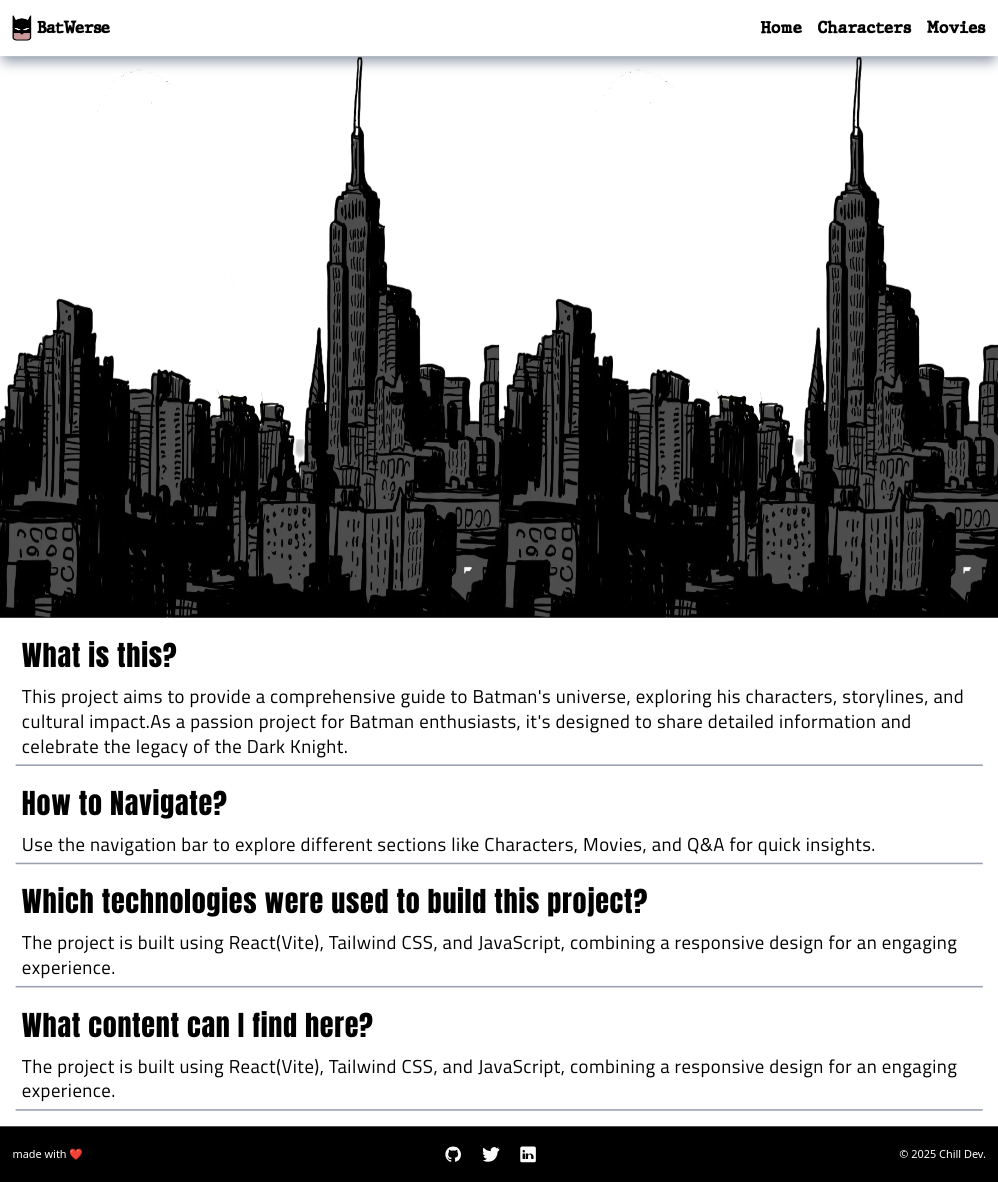
Repository: pgyunknown/project_Batman
Page: /
These files come from the project's save history. The page is drawn as it stood at one moment and after the next save; the edit follows.
The browser window is 1280 px wide. The pictures show the whole page, at 78% of full size.
Some web fonts or font styles are not loaded; a fallback is used. The project was rebuilt for these pictures with package versions that can differ from the ones it lists, and the page was loaded fresh each time. Also part of the build but not shown: vite.config.js, src/components/PopUp.jsx, src/pages/Characters.jsx, src/pages/Movies.jsx.

Above is the page before, as saved 2025-03-19 21:52:40.

### src/main.jsx
import { StrictMode } from 'react'
import { createRoot } from 'react-dom/client'
import './index.css'
import App from './App.jsx'
import { BrowserRouter } from 'react-router-dom'
import MoviesDataProvider from './data/MoviesContextData.jsx'
import CharDataProvider from './data/CharContextData.jsx'

createRoot(document.getElementById('root')).render(
  <BrowserRouter>
    <MoviesDataProvider>
      <CharDataProvider>
        <App/>
        </CharDataProvider>
    </MoviesDataProvider>
  </BrowserRouter>
)

### src/index.css
@import url('https://fonts.googleapis.com/css2?family=Montaga&family=Titillium+Web:ital,wght@0,200;0,300;0,400;0,600;0,700;0,900;1,200;1,300;1,400;1,600;1,700&display=swap');

@font-face {
    font-family: "Batman";
    src: url("src/fonts/JMH Typewriter-Black.otf") format("opentype");
}

@font-face {
    font-family: "Rushford";
    src: url("src/fonts/Rushford Printed.otf") format("opentype");
}

@font-face {
    font-family: "Personal";
    src: url("src/fonts/Personal Services.ttf") format("truetype");
}

@font-face {
    font-family: "HeadingNow";
    src: url("src/fonts/HeadingNowTrial-04Regular.ttf");
}

@font-face {
    font-family: "American";
    src: url("src/fonts/American Captain.otf");
}

@font-face {
    font-family: "Inter";
    src: url("src/fonts/Inter-VariableFont_opsz,wght.ttf");
}

@font-face {
    font-family: "Babas";
    src: url("src/fonts/Bebas-Regular.ttf");
}

@font-face {
    font-family: "Roboto";
    src: url("src/fonts/Roboto-VariableFont_wdth,wght.ttf");
}

@font-face {
    font-family: "Anton";
    src: url("src/fonts/Anton-Regular.ttf");
}


@import "tailwindcss";

@theme{
    --font-batmanFont: "Batman", sans-serif;
    --font-web: Titillium Web, "sans-serif";
    --font-doto: Doto, sans-serif;
    --font-rushford : Rushford,"sans-serif";
    --font-personal : Personal,"sans-serif";
    --font-heading:HeadingNow,"sans-serif";
    --font-american:American,"sans-serif";
    --font-inter:Inter,"sans-serif";
    --font-babas:Babas,"sans-serif";
    --font-roboto:Roboto,"sans-serif";
    --font-anton:Anton,"sans-serif";
}

### src/App.jsx
import { Route, Routes } from "react-router-dom";
import Header from "./components/Header";
import Home from "./pages/Home";
import Characters from "./pages/Characters";
import Movies from "./pages/Movies";
import Footer from "./components/Footer";
import Popup from "./components/PopUp";



const App = () => {
  return (
    <>
      <Header></Header>
      <Routes>
        <Route path="/" element={<Home/>}></Route>
        <Route path="/Characters" element={<Characters/>}></Route>
        <Route path="/Movies" element={<Movies />}></Route>
        </Routes>
      <Footer></Footer>
    </>
  );
}

export default App

### src/data/MoviesContextData.jsx
import React from 'react'
import { createContext } from 'react';
import App from '../App';

  export const MovieDataContext = createContext();

const MoviesDataProvider = ({ children }) => {
const movies = [
  {
    "title": "Batman: The Movie",
    "year": 1966,
    "director": "Leslie H. Martinson",
    "type": "Live-Action",
    "poster": "public/Batman1966.jpg",
    "rating": 6.5,
    "trailer": "https://youtu.be/TdG2V4vhPjg?si=4gb9nQj87XjFFF5h"
  },
  {
    "title": "Batman",
    "year": 1989,
    "director": "Tim Burton",
    "type": "Live-Action",
    "poster": "public/Batman1989.jpg",
    "rating": 7.5,
    "trailer": "https://youtu.be/dgC9Q0uhX70?si=pfMCoPX4PSPvW1a7"
  },
  {
    "title": "Batman Returns",
    "year": 1992,
    "director": "Tim Burton",
    "type": "Live-Action",
    "poster": "public/BatmanReturns.jpg",
    "rating": 7.1,
    "trailer": "https://youtu.be/repBHGIny0c?si=GtSZZTmQY5YuPTcJ"
  },
  {
    "title": "Batman: Mask of the Phantasm",
    "year": 1993,
    "director": "Eric Radomski, Bruce Timm",
    "type": "Animated",
    "poster": "public/Batman_mask_of_the_phantasm.jpg",
    "rating": 7.8,
    "trailer": "https://youtu.be/imtYrQEZ4H8?si=7nnq-efhg3wbCFPN"
  },
  {
    "title": "Batman Forever",
    "year": 1995,
    "director": "Joel Schumacher",
    "type": "Live-Action",
    "poster": "public/Batman_Forever_poster.png",
    "rating": 5.4,
    "trailer": "https://youtu.be/ROLvjRB4E_Q?si=qPgISb9PCPN-YFEI"
  },
  {
    "title": "Batman & Robin",
    "year": 1997,
    "director": "Joel Schumacher",
    "type": "Live-Action",
    "poster": "public/Batman_&_Robin.jpg",
    "rating": 3.7,
    "trailer": "https://youtu.be/vHoCb78b97A?si=Zfa3RYv36ES8baUg"
  },
  {
    "title": "Batman Begins",
    "year": 2005,
    "director": "Christopher Nolan",
    "type": "Live-Action",
    "poster": "public/Batman_Begins.jpg",
    "rating": 8.2,
    "trailer": "https://youtu.be/qHhHIbNuok8?si=1Gx6gT5VXzpfr3cm"
  },
  {
    "title": "The Dark Knight",
    "year": 2008,
    "director": "Christopher Nolan",
    "type": "Live-Action",
    "poster": "public/The_Dark_Knight.jpg",
    "rating": 9.0,
    "trailer": "https://youtu.be/EXeTwQWrcwY?si=jm1wxVJ8UWzOz0uy"
  },
  {
    "title": "The Dark Knight Rises",
    "year": 2012,
    "director": "Christopher Nolan",
    "type": "Live-Action",
    "poster": "public/Dark_knight_rises.jpg",
    "rating": 8.4,
    "trailer": "https://youtu.be/g8evyE9TuYk?si=w-kE5NZj5gE4Pf3f"
  },
  {
    "title": "Batman v Superman: Dawn of Justice",
    "year": 2016,
    "director": "Zack Snyder",
    "type": "Live-Action",
    "poster": "public/Batman_v_Superman_Dawn_of_Justice.jpg",
    "rating": 6.4,
    "trailer": "https://youtu.be/0WWzgGyAH6Y?si=v3P8qx-550BwJkFd"
  },
  {
    "title": "The Lego Batman Movie",
    "year": 2017,
    "director": "Chris McKay",
    "type": "Animated",
    "poster": "public/The_Lego_Batman_Movie.jpg",
    "rating": 7.3,
    "trailer": "https://youtu.be/zhIRbLHVD8o?si=ZEZxlmZ5Ggvd7l0j"
  },
  {
    "title": "Batman and Harley Quinn",
    "year": 2017,
    "director": "Sam Liu",
    "type": "Animated",
    "poster": "public/Batman_Harly_Queen.jpg",
    "rating": 5.9,
    "trailer": "https://youtu.be/z0pI8TT9AZ0?si=LLQY_2KE5143wwRL"
  },
  {
    "title": "The Batman",
    "year": 2022,
    "director": "Matt Reeves",
    "type": "Live-Action",
    "poster": "public/The_Batman.jpg",
    "rating": 7.9,
    "trailer": "https://youtu.be/mqqft2x_Aa4?si=RHrFASm1bH8ZrcCo"
  }
];


  return (
    <MovieDataContext.Provider value={{ movies }}>
      {children}
  </MovieDataContext.Provider>
  )
}



export default MoviesDataProvider

### src/data/CharContextData.jsx
import { createContext, useContext } from "react";

export const CharDataContext = createContext();
const CharDataProvider = ({ children }) => {

const coreCharacters = [
  {
    "name": "Bruce Wayne",
    "alias": "Batman",
    "firstAppearance": "Detective Comics #27 (1939)",
    "affiliation": ["Justice League", "Bat-Family"],
    "abilities": ["Peak human condition", "Martial arts master", "Genius-level intellect", "Expert detective", "High-tech gadgets"],
    "notableStorylines": ["Year One", "The Dark Knight Returns", "Hush", "The Killing Joke"],
    "iconicQuotes": ["It's not who I am underneath, but what I do that defines me."],
    "image": "public/BatmanDp.webp"
  },
  {
    "name": "Dick Grayson",
    "alias": "Robin / Nightwing",
    "firstAppearance": "Detective Comics #38 (1940)",
    "affiliation": ["Teen Titans", "Justice League", "Bat-Family"],
    "abilities": ["Master acrobat", "Skilled martial artist", "Leadership", "Expert detective"],
    "notableStorylines": ["The Judas Contract", "Batman: Prodigal", "Nightwing: Year One"],
    "iconicQuotes": ["Batman taught me everything except how to let someone else in."],
    "image": "public/Dick _Grayson.webp"
  },
  {
    "name": "Selina Kyle",
    "alias": "Catwoman",
    "firstAppearance": "Batman #1 (1940)",
    "affiliation": ["Bat-Family", "Gotham's criminal underworld"],
    "abilities": ["Expert thief", "Martial artist", "Agility and acrobatics", "Skilled whip user"],
    "notableStorylines": ["Hush", "Batman: Year One", "Catwoman: When in Rome"],
    "iconicQuotes": ["I am Catwoman. Hear me roar."],
    "image": "public/Catwoman.jpg"
  },
  {
    "name": "Joker",
    "alias": "Clown Prince of Crime",
    "firstAppearance": "Batman #1 (1940)",
    "affiliation": ["Gotham's criminal underworld"],
    "abilities": ["Criminal mastermind", "Chemistry and engineering", "Psychological manipulation", "High unpredictability"],
    "notableStorylines": ["The Killing Joke", "Death of the Family", "A Death in the Family"],
    "iconicQuotes": ["Why so serious?", "All it takes is one bad day."],
    "image": "public/Joker.png"
  },
  {
    "name": "Bane",
    "alias": "The Man Who Broke the Bat",
    "firstAppearance": "Batman: Vengeance of Bane #1 (1993)",
    "affiliation": ["League of Assassins"],
    "abilities": ["Superhuman strength (with Venom)", "Genius-level strategist", "Skilled hand-to-hand combatant"],
    "notableStorylines": ["Knightfall", "Bane of the Demon"],
    "iconicQuotes": ["I will break you, Batman."],
    "image": "./Bane.png"
  },
  {
    "name": "Two-Face",
    "alias": "Harvey Dent",
    "firstAppearance": "Detective Comics #66 (1942)",
    "affiliation": ["Gotham's criminal underworld"],
    "abilities": ["Expert strategist", "Marksmanship", "Knowledge of the law"],
    "notableStorylines": ["The Long Halloween", "Dark Victory"],
    "iconicQuotes": ["Two minds are better than one."],
    "image": "public/TwoFace.png"
  },
  {
    "name": "Ra's al Ghul",
    "alias": "The Demon's Head",
    "firstAppearance": "Batman #232 (1971)",
    "affiliation": ["League of Assassins"],
    "abilities": ["Immortality (via Lazarus Pit)", "Master tactician", "Skilled martial artist"],
    "notableStorylines": ["Son of the Demon", "Birth of the Demon"],
    "iconicQuotes": ["Detective, join me, and we can save the world."],
    "image": "public/Ra's_al_Ghul.png"
  },
  {
    "name": "Harley Quinn",
    "alias": "Dr. Harleen Quinzel",
    "firstAppearance": "Batman: The Animated Series (1992)",
    "affiliation": ["Gotham's criminal underworld", "Suicide Squad"],
    "abilities": ["Psychiatric expertise", "Gymnastics", "Immunity to toxins"],
    "notableStorylines": ["Mad Love", "Harley Quinn: Breaking Glass"],
    "iconicQuotes": ["I'm not just a sidekick, puddin'."],
    "image": "public/HarleyQuinn.jpg"
  },
  {
    "name": "Scarecrow",
    "alias": "Dr. Jonathan Crane",
    "firstAppearance": "World's Finest Comics #3 (1941)",
    "affiliation": ["Gotham's criminal underworld"],
    "abilities": ["Expert in fear psychology", "Use of fear toxins"],
    "notableStorylines": ["Fear State", "As the Crow Flies"],
    "iconicQuotes": ["I am fear incarnate."],
    "image": "public/Scarecrow.png"
  },
  {
    "name": "Poison Ivy",
    "alias": "Pamela Isley",
    "firstAppearance": "Batman #181 (1966)",
    "affiliation": ["Gotham's criminal underworld", "Birds of Prey"],
    "abilities": ["Control over plants", "Toxic immunity", "Seductive manipulation"],
    "notableStorylines": ["Hush", "Cycle of Life and Death"],
    "iconicQuotes": ["Nature always wins."],
    "image": "public/Poison_Ivy.png"
  }
];

  return (
    <CharDataContext.Provider value={{coreCharacters}}>
      {children}
    </CharDataContext.Provider>
  )
}

export default CharDataProvider

### src/components/Header.jsx
  // import React from 'react'
  // import { useState } from 'react'

  // const Header = () => {
  //   const [mobileOpen, setMobileOpen] = useState(false)

  //   const toggleButton = () => {
  //     setMobileOpen(!mobileOpen);
  //   }
  //   return (
  //     <>
  //       <nav className='sticky z-50 top-0 py-5  drop-shadow-2xl'>
  //         <div className='container px-4 mx-auto relative text-sm'>
  //           <div className='flex justify-center items-center '>
  //             <div className='flex items-center flex-shrink-0'>
  //               <img className='h-8 w-6 mr-2' src='/BatLogo.png' />
  //               <span className='text-xl tracking-tight'>BatWerse</span>
  //             </div>
  //             <ul className='hidden lg:flex md:flex ml-5 space-x-5'>
  //               <li>Home</li>
  //               <li>Chart</li>
  //               <li>Movies</li>
  //               <li>About</li>
  //             </ul>
  //             <div className='lg:hidden md:hidden sm:order-3'>
  //             <button onClick={toggleButton}>
  //               {mobileOpen ? (
  //                 <img src='/batOpen.png' alt='Open Icon' className='w-6 h-6' />
  //               ) : (
  //                 <img src='/batClose.png' alt='Close Icon' className='w-6 h-6' />
  //               )}
  //             </button>
  //           </div>
  //           </div>
  //         </div>
  //       </nav>
  //     </>
  //   )
  // }

  // export default Header

  import React, { useState } from 'react';
import { Link } from 'react-router-dom';

  const Header = () => {
    const [mobileOpen, setMobileOpen] = useState(false);

    const toggleButton = () => {
      setMobileOpen(!mobileOpen);
    };
    const closeMenu=()=>setMobileOpen(false);
    return (
      <nav className=' z-50 top-0 py-5 shadow-lg shadow-gray-400  bg-white '>
        <div className='container px-4 mx-auto relative text-sm'>
          <div className='flex justify-between items-center'>
            <div className='flex items-center flex-shrink-0 '>
              <Link to={'/'}><img className='h-8 w-6 mr-2' src='/batMan.png' alt='Logo' /></Link>
              <span className='sm:text-xl text-lg tracking-tight font-batmanFont'>BatWerse</span>
            </div>

            <ul className='hidden lg:flex md:flex  space-x-5 text-xl font-batmanFont'>
              <li><Link to='/'>Home</Link></li>
              <li><Link to='/Characters'>Characters</Link></li>
              <li><Link to='/Movies'>Movies</Link></li>
            </ul>

            <div className='lg:hidden md:hidden'>
              <button onClick={toggleButton} className="object-cover ">
                {mobileOpen ? (
                  <img src='/batOpen.png'  alt='Open Icon' className='h-12 w-8' />
                ) : (
                  <img src='/batClose.png' alt='Close Icon' className='h-8 w-8 ' />
                )}
              </button>
            </div>
          </div>
            {mobileOpen && (
            <div className='fixed right-0 z-100 bg-black lg:hidden md:hidden flex justify-center items-center w-full p-2  '>
              <ul className='flex flex-col text-white  space-y-2 tracking-widest font-thin font-batmanFont'>
              <li><Link to='/' onClick={closeMenu}>Home</Link></li>
              <li><Link to='/Characters' onClick={closeMenu}>Characters</Link></li>
              <li><Link to='/Movies' onClick={closeMenu}>Movies</Link></li>
              </ul>
            </div>
          )}
        </div>

      </nav>
    );
  };

  export default Header;

### src/pages/Home.jsx
import React from 'react'
import Header from '../components/Header'
import Popup from '../components/PopUp'

const Home = () => {
  return (
    <>

    <div className="w-full sm:h-screen  text-2xl  ">
      <img src="/bannerPic.webp" className="w-full  sm:h-[100vh] h-[50vh] " />
      </div>
      <div className='sm:my-5 sm:mx-5'>
        <h1 className='sm:text-4xl sm:p-2 text-5xl font-anton tracking-wide '>What is this?</h1>
        <p className='sm:text-2xl sm:p-2 text-sm tracking-wide font-web border-b-2 border-gray-400'>
          This project aims to provide a comprehensive guide to Batman's universe, exploring his characters, storylines, and cultural impact.As a passion project for Batman enthusiasts, it's designed to share detailed information and celebrate the legacy of the Dark Knight.
        </p>
      </div>
      <div className='sm:my-5 sm:mx-5'>
        <h1 className='sm:text-4xl sm:p-2 text-5xl font-anton tracking-wide'>How to Navigate?</h1>
        <p className='sm:text-2xl sm:p-2 text-sm tracking-wide font-web border-b-2 border-gray-400'>
          Use the navigation bar to explore different sections like Characters, Movies, and Q&A for quick insights.
        </p>
      </div>
      <div className='sm:my-5 sm:mx-5'>
        <h1 className='sm:text-4xl sm:p-2 text-5xl font-anton tracking-wide'>Which technologies were used to build this project?</h1>
        <p className='sm:text-2xl sm:p-2 text-sm tracking-wide font-web border-b-2 border-gray-400'>
          The project is built using React(Vite), Tailwind CSS, and JavaScript, combining a responsive design for an engaging experience.
        </p>
      </div>
            <div className='sm:my-5 sm:mx-5'>
        <h1 className='sm:text-4xl sm:p-2 text-5xl font-anton tracking-wide'>What content can I find here?</h1>
        <p className='sm:text-2xl sm:p-2 text-sm tracking-wide font-web border-b-2 border-gray-400'>
          The project is built using React(Vite), Tailwind CSS, and JavaScript, combining a responsive design for an engaging experience.
        </p>
      </div>
    </>
    )
}

export default Home

### src/components/Footer.jsx
import React from 'react'

const Footer = () => {
  return (
  <footer className="bg-black text-white py-6 md:mt-5 ">
  <div className="container mx-auto flex flex-col md:flex-row items-center justify-between px-4">
    <p className="mb-3 md:m-0 text-xs md:text-sm">made with ❤️</p>
    <div className="flex space-x-6">


      <a href="https://github.com/pgyunknown" target="_blank" className="hover:text-gray-400">
        <svg className="w-6 h-6" fill="currentColor" viewBox="0 0 24 24">
          <path d="M12 2C6.48 2 2 6.48 2 12c0 4.42 2.87 8.18 6.84 9.5.5.09.66-.22.66-.48v-1.7c-2.78.6-3.37-1.34-3.37-1.34-.45-1.16-1.1-1.47-1.1-1.47-.9-.62.07-.61.07-.61 1 .07 1.52 1.04 1.52 1.04.89 1.52 2.34 1.08 2.91.83.09-.64.35-1.08.63-1.33-2.22-.25-4.56-1.11-4.56-4.93 0-1.09.39-1.98 1.02-2.67-.1-.25-.44-1.27.1-2.65 0 0 .84-.27 2.75 1.02a9.43 9.43 0 012.5-.34c.85 0 1.71.11 2.5.34 1.91-1.29 2.75-1.02 2.75-1.02.54 1.38.2 2.4.1 2.65.64.69 1.02 1.58 1.02 2.67 0 3.84-2.34 4.68-4.57 4.93.36.31.68.91.68 1.84v2.73c0 .27.16.58.67.48A10.003 10.003 0 0022 12c0-5.52-4.48-10-10-10z"/>
        </svg>
      </a>


      <a href="https://x.com/cody_hunk?t=EkARfGCWhhBT_BHbby4DGw&s=08" target="_blank" className="hover:text-white">
        <svg className="w-6 h-6" fill="currentColor" viewBox="0 0 24 24">
          <path d="M23 4.5c-.8.4-1.6.7-2.5.8a4.4 4.4 0 001.9-2.4c-.9.5-1.8.9-2.8 1.1a4.4 4.4 0 00-7.5 4c-3.6-.2-6.8-1.9-8.9-4.4A4.3 4.3 0 002 6.6c0 1.5.8 2.9 2 3.6a4.3 4.3 0 01-2-.6v.1c0 2.1 1.4 3.8 3.2 4.2-.4.1-.9.2-1.4.2-.3 0-.7 0-1-.1.7 2 2.5 3.5 4.7 3.5A8.9 8.9 0 012 19.5a12.3 12.3 0 006.6 2c7.9 0 12.3-6.6 12.3-12.3v-.5c.9-.7 1.6-1.5 2.2-2.5z"/>
        </svg>
      </a>

      <a href="https://www.linkedin.com/in/p-gokul-yadav-82548a295?utm_source=share&utm_campaign=share_via&utm_content=profile&utm_medium=android_app" target="_blank" className="hover:text-blue-700">
        <svg className="w-6 h-6" fill="currentColor" viewBox="0 0 24 24">
          <path d="M20 2H4a2 2 0 00-2 2v16a2 2 0 002 2h16a2 2 0 002-2V4a2 2 0 00-2-2zM8 18H5v-7h3v7zM6.5 9.5a1.5 1.5 0 110-3 1.5 1.5 0 010 3zM19 18h-3v-4c0-1.1-.9-2-2-2s-2 .9-2 2v4h-3v-7h3v1a4 4 0 013-1.2c2.2 0 4 1.8 4 4v3z"/>
        </svg>
      </a>
    </div>
    <p className="mt-3 md:m-0 text-xs md:text-sm">&copy; 2025 Chill Dev.</p>
  </div>
</footer>

  )
}

export default Footer

Loaded but not shown: index.html (common file)

After the next save:
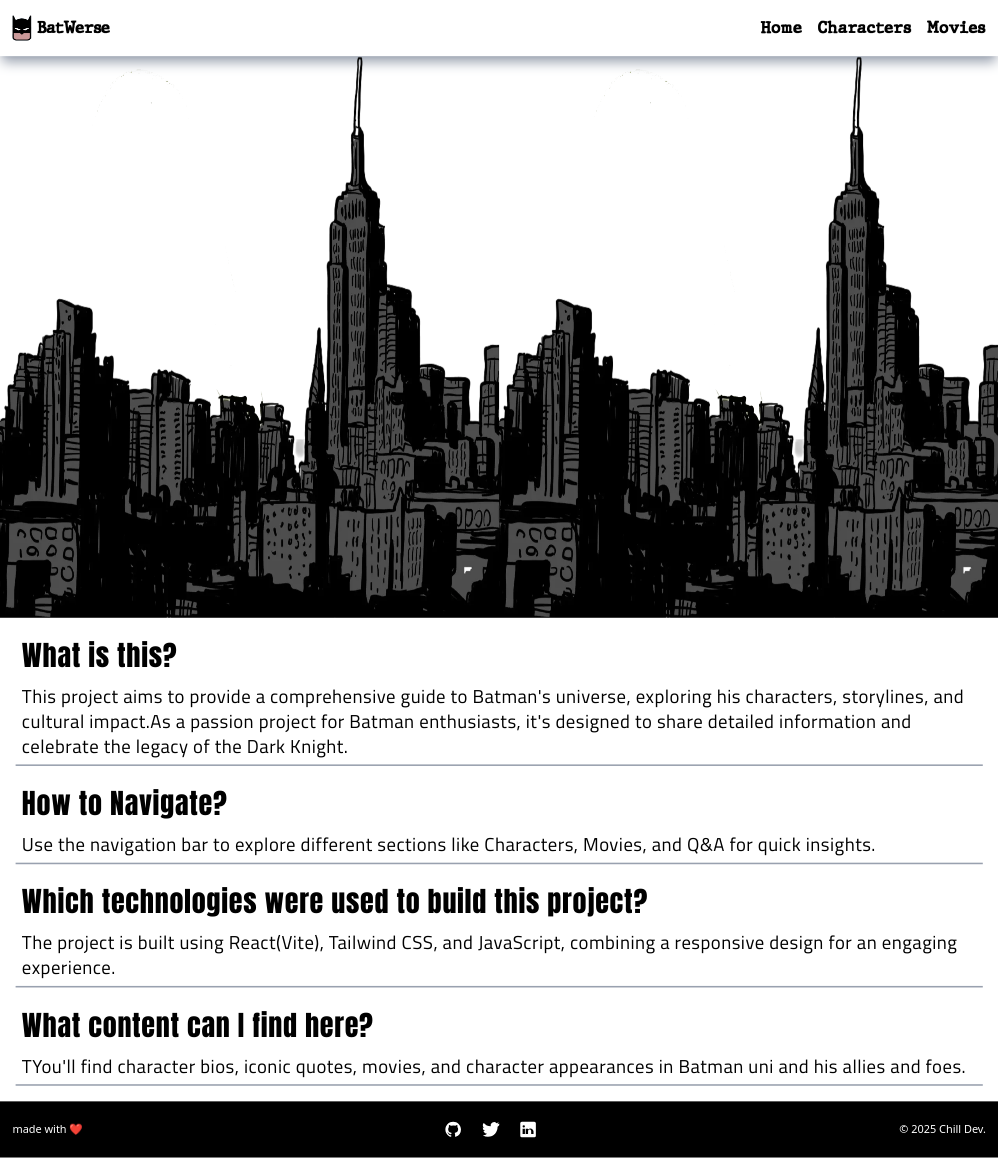
Saved 52 s later.
--- a/src/pages/Home.jsx
+++ b/src/pages/Home.jsx
@@ -30,7 +30,8 @@
             <div className='sm:my-5 sm:mx-5'>
         <h1 className='sm:text-4xl sm:p-2 text-5xl font-anton tracking-wide'>What content can I find here?</h1>
         <p className='sm:text-2xl sm:p-2 text-sm tracking-wide font-web border-b-2 border-gray-400'>
-          The project is built using React(Vite), Tailwind CSS, and JavaScript, combining a responsive design for an engaging experience.
+          TYou'll find character bios, iconic quotes, movies, and character appearances in Batman uni and his allies and foes.
+
         </p>
       </div>
     </>
